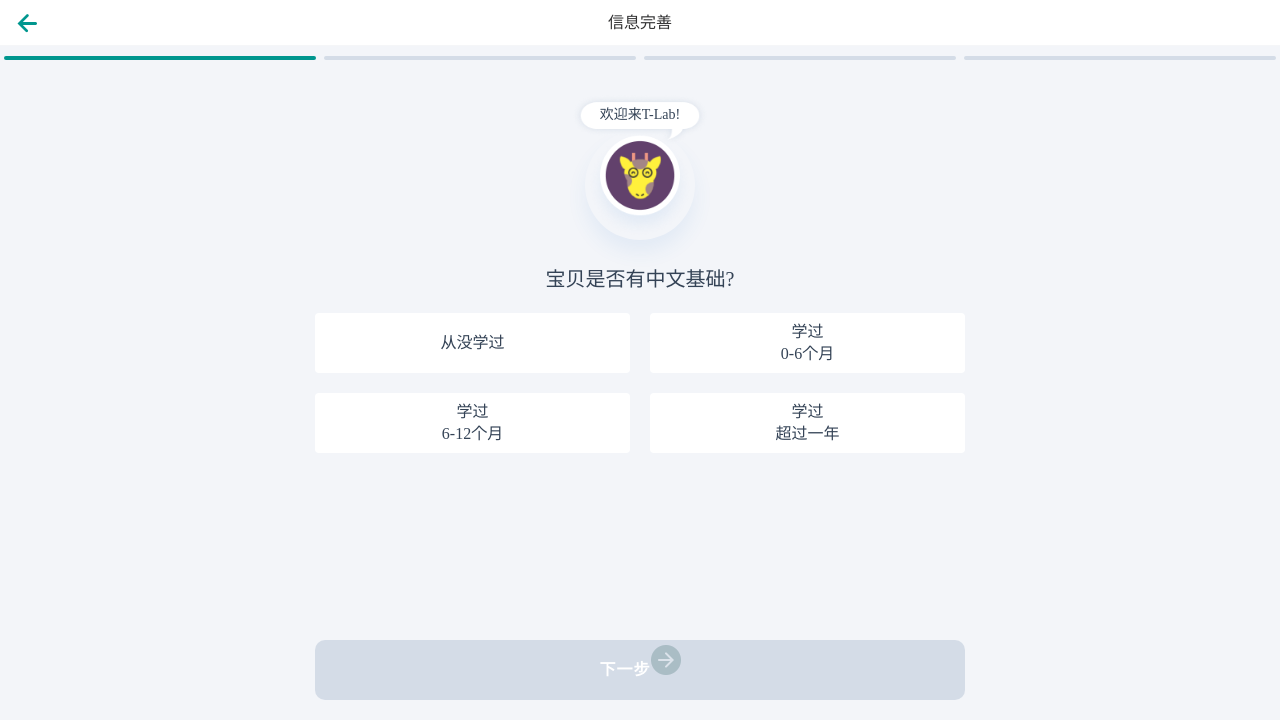
Repository: huangjf1/1
Page: /
The author's editor kept a copy of each file at every save. The page is drawn from the files as they stood at one save, then again after the next save.
The browser window is 1280 px wide. The pictures show the whole page.
The project was rebuilt for these pictures with package versions that can differ from the ones it lists, and the page was loaded fresh each time. Also part of the build but not shown: vue.config.js.

Above is the page before, as saved 2021-08-24 12:38:22.

After the next save:
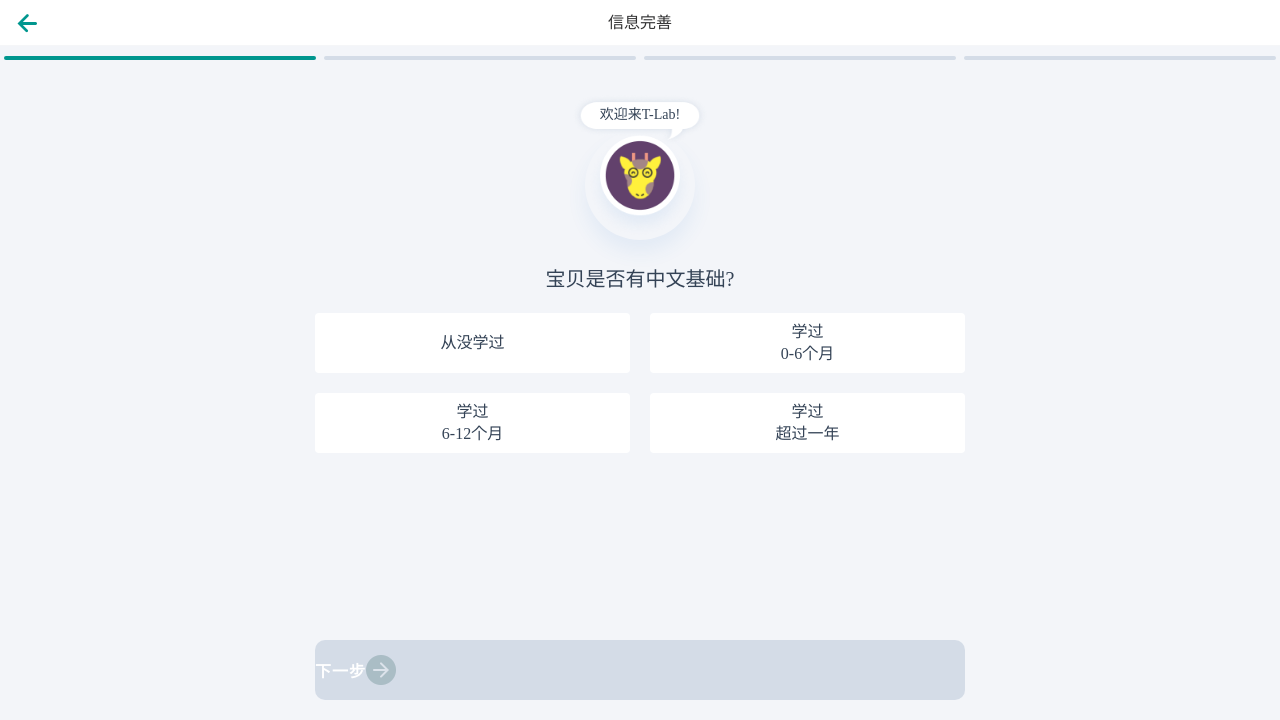
Saved 18 s later.
--- a/src/views/index.vue
+++ b/src/views/index.vue
@@ -470,7 +470,6 @@ export default {
         max-width: 650px;
         height: 60px;
         text-align: center;
-        line-height: 60px;
         cursor: pointer;
         background: #D4DCE7;
         margin: 20px auto 20px;
@@ -481,6 +480,8 @@ export default {
         letter-spacing: 1px;
         text-transform: uppercase;
         color: #FFFFFF;
+        display: flex;
+        align-items: center;
         img {
           width: 30px;
           height: 30px;
